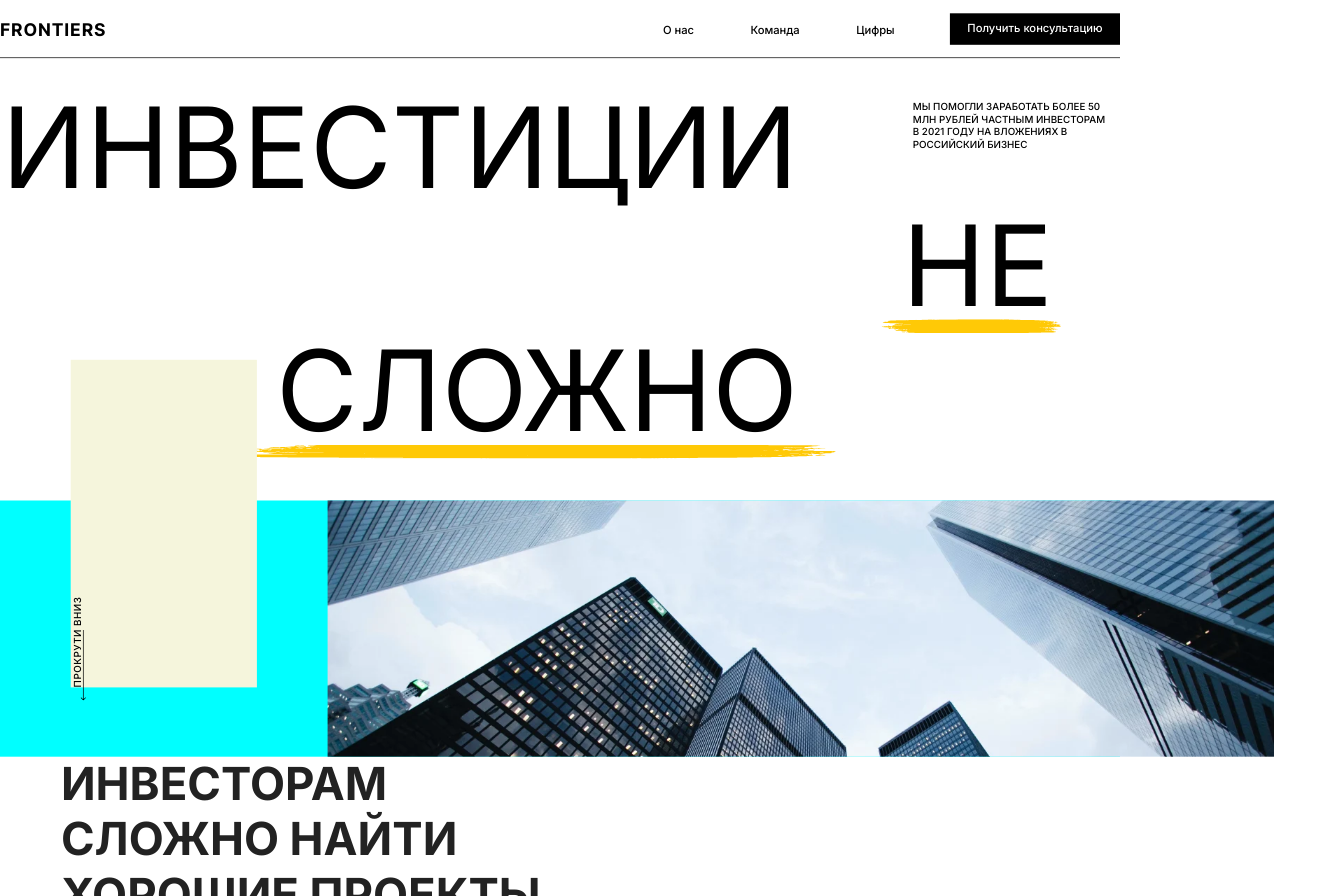
Repository: NadyaKorvin/frontiers
Page: /
The author's editor kept a copy of each file at every save. The page is drawn from the files as they stood at one save, then again after the next save.
The browser window is 1280 px wide. The page is 1920 px wide, so the pictures cover 1920 px, including what lies to the right of the window. The pictures show the part of the page from y = 0 to 1280 px (the page is 2633 px tall), at 70% of full size.
The project was rebuilt for these pictures with package versions that can differ from the ones it lists, and the page was loaded fresh each time.

Above is the page before, as saved 2022-05-26 18:42:17.

### public/index.html
<!DOCTYPE html>
<html lang="en">
  <head>
    <meta charset="utf-8" />
    <link rel="icon" href="%PUBLIC_URL%/favicon.ico" />
    <meta name="viewport" content="width=device-width, initial-scale=1" />
    <meta name="theme-color" content="#000000" />
    <meta name="description" content="Web site created using create-react-app" />
    <link rel="apple-touch-icon" href="%PUBLIC_URL%/logo192.png" />
    <link rel="manifest" href="%PUBLIC_URL%/manifest.json" />
    <link rel="preconnect" href="https://fonts.googleapis.com" />
    <link rel="preconnect" href="https://fonts.gstatic.com" crossorigin />
    <link href="https://fonts.googleapis.com/css2?family=Inter:wght@300;400;500;700&display=swap" rel="stylesheet" />
    <title>FRONTIERS</title>
  </head>
  <body>
    <noscript>You need to enable JavaScript to run this app.</noscript>
    <div id="root"></div>
  </body>
</html>

### src/index.js
import React from "react"
import ReactDOM from "react-dom/client"

import App from "./App"

const root = ReactDOM.createRoot(document.getElementById("root"))
root.render(
  <React.StrictMode>
    <App />
  </React.StrictMode>
)

### src/App.js
import { useState } from "react";
import "./App.css";
import { SecondScreenAnimation } from "./components/secondScreen/SecondScreenAnimation";
import FirstScreen from "./components/firstScreen/FirstScreen";
import LastScreen from "./components/lastScreen/LastScreen";

function App() {
  const [mousePosition, setMousePosition] = useState("");

  const listenUpperMousePosition = (event) => {
    console.log(event);
    console.log(event.target);
    setMousePosition(event.target);
  };

  return (
    <>
      <FirstScreen />
      <div className="App">
        <SecondScreenAnimation listenMousePosition={listenUpperMousePosition} />
      </div>
      <LastScreen />
    </>
  );
}
export default App;

### src/App.css
@import url("./reset.css");
@import url("./components/secondScreen/SecondScreen.css");
@import url("./font/font.css");
@import url("./components/firstScreen/FirstScreen.css");
@import url("./components/lastScreen/LastScreen.css");
@import url("./components/button/Button.css");
@import url("./components/form/Form.css");

body {
  font-family: "Inter";
}

### src/components/secondScreen/SecondScreenAnimation.js
export function SecondScreenAnimation({ listenMousePosition, mousePosition }) {
  let goUp = ""
  const goUpBlackLines = (mousePosition) => {
    if (mousePosition === "animation__text_first_part") {
      goUp = "up"
      return goUp
    }
  }
  goUpBlackLines(mousePosition)
  console.log(goUp)
  return (
    <div className="animation__text_block">
      {goUp != "up" ? (
        <div>
          <div className="animation__text" onMouseOver={listenMousePosition}>
            <p className="animation__text_first_part">Инвесторам сложно найти хорошие проекты,</p>
            <p className="animation__text_second_part">а хорошим проектам — инвестиции.</p>
          </div>
          <div className="animation__black_lines">
            <div className="animation__1th_black_line"></div>
            <div className="animation__2th_black_line"></div>
            <div className="animation__3th_black_line"></div>
          </div>
        </div>
      ) : (
        <div>
          <div className="animation__text" onMouseOver={listenMousePosition}>
            <p className="animation__text_first_part" style={{ color: "#fff" }}>
              Инвесторам сложно найти хорошие проекты,
            </p>
            <p className="animation__text_second_part" style={{ color: "#000" }}>
              а хорошим проектам — инвестиции.
            </p>
          </div>
          <div className="animation__black_lines">
            <div className="animation__1th_black_line" style={{ width: "484px", marginTop: "-475px" }}></div>
            <div className="animation__2th_black_line" style={{ width: "586px" }}></div>
            <div className="animation__3th_black_line" style={{ width: "722px" }}></div>
          </div>
        </div>
      )}
    </div>
  )
}

### src/components/firstScreen/FirstScreen.js
import React from "react";
import image from "./image.webp";

export default function firstScreen() {
  const pointer = (
    <svg
      width="8"
      height="101"
      viewBox="0 0 8 101"
      fill="none"
      xmlns="http://www.w3.org/2000/svg"
    >
      <path
        d="M4.35355 100.356C4.15829 100.551 3.84171 100.551 3.64645 100.356L0.464466 97.1735C0.269204 96.9783 0.269204 96.6617 0.464466 96.4664C0.659728 96.2712 0.976311 96.2712 1.17157 96.4664L4 99.2948L6.82843 96.4664C7.02369 96.2712 7.34027 96.2712 7.53553 96.4664C7.7308 96.6617 7.7308 96.9783 7.53553 97.1735L4.35355 100.356ZM3.5 100.002L3.5 0.00195312H4.5L4.5 100.002H3.5Z"
        fill="black"
      />
    </svg>
  );

  return (
    <>
      <section className="firstscreen">
        <header className="firstscreen__header">
          <div className="firstscreen__logotype">FRONTIERS</div>
          <div className="firstscreen__menu">
            <div className="firstscreen__nav">
              <nav className="firstscreen__nav_team">
                <ul>О нас</ul>
                <ul>Команда</ul>
                <ul>Цифры</ul>
              </nav>
            </div>
            <div className="firstscreen__button">
              <p className="firstscreen__text_btn">Получить консультацию</p>
            </div>
          </div>
        </header>
        <div className="firstscreen__content">
          <div className="firstscreen__content_left_text">
            <p>ИНВЕСТИЦИИ</p>
            <div>
              <p>СЛОЖНО</p>
              <div className="firstscreen__content_vector_complex" />
            </div>
          </div>
          <div className="firstscreen__content_rihgt_text">
            <div className="firstscreen__content_rihgt_text_up">
              <p>
                Мы помогли заработать более 50 млн рублей частным инвесторам в
                2021 году на вложениях в российский бизнес
              </p>
            </div>
            <div className="firstscreen__content_rihgt_text_down">
              <p>НЕ</p>
              <div className="firstscreen__content_vector_not" />
            </div>
          </div>
        </div>
        <div className="firstscreen__content_bottom_content">
          <div className="firstscreen__content_bottom_content_left">
            <div className="firstscreen__content_bottom_content_left_scrolldown">
              <p>ПРОКРУТИ ВНИЗ</p>
            </div>
            <div className="firstscreen__content_pointer">{pointer}</div>
          </div>
          <div className="firstscreen__content_bottom_content_right">
            <img src={image} alt="" className="firstscreen__img" />
          </div>
        </div>
      </section>
    </>
  );
}

### src/components/lastScreen/LastScreen.js
import React from "react";
import Form from "../form/Form"
import LogoKojo from "./LogoKojo"

export default function LastScreen() {
  return (
    <>
      <section className="lastscreen">
        <div className="lastscreen__wrapper">
          <div className="lastscreen__left_content">
            <p>
              ОТПРАВЬТЕ НАМ ЗАЯВКУ НА КОНСУЛЬТАЦИЮ И МЫ ПОДБЕРЕМ ДЛЯ ВАС
              НАИБОЛЕЕ ПОДХОДЯЩУЮ СТРАТЕГИЮ
            </p>
          </div>
          <div className="lastscreen__right_content">
            <div className="lastscreen__text_form">
              <p>ЗАПОЛНИТЕ ФОРМУ И МЫ С ВАМИ СВЯЖЕМСЯ В БЛИЖАЙШЕЕ ВРЕМЯ</p>
            </div>
            <Form />
          </div>
        </div>
        <footer className="lastscreen__footer">
          <div className="lastscreen__contact">
            <p>КОНТАКТЫ</p>
            <p>Санкт-Петербург, Невский пр-кт, 71 (5 этаж)</p>
            <p>+7 000 987 6543</p>
            <p><a href="mailto:info@frontiers.ru" >info@frontiers.ru</a></p>
          </div>
          <div className="lastscreen__design">
            <p>Дизайн и разработка</p>
            <LogoKojo />
          </div>
          <div className="lastscreen__frontiers">
            <p>FRONTIERS</p>
            <p>Политика конфиденциальности</p>
            <p>© 2022 Frontiers Group</p>
          </div>
        </footer>
      </section>
    </>
  );
}

### src/reset.css
html,
body,
div,
span,
applet,
object,
iframe,
h1,
h2,
h3,
h4,
h5,
h6,
p,
blockquote,
pre,
a,
abbr,
acronym,
address,
big,
cite,
code,
del,
dfn,
em,
img,
ins,
kbd,
q,
s,
samp,
small,
strike,
strong,
sub,
sup,
tt,
var,
b,
u,
i,
center,
dl,
dt,
dd,
ol,
ul,
li,
fieldset,
form,
label,
legend,
table,
caption,
tbody,
tfoot,
thead,
tr,
th,
td,
article,
aside,
canvas,
details,
embed,
figure,
figcaption,
footer,
header,
hgroup,
menu,
nav,
output,
ruby,
section,
summary,
time,
mark,
audio,
video {
  margin: 0;
  padding: 0;
  border: 0;
  font-size: 100%;
  font: inherit;
  vertical-align: baseline;
}

:focus {
  outline: 0;
}

article,
aside,
details,
figcaption,
figure,
footer,
header,
hgroup,
menu,
nav,
section {
  display: block;
}

body {
  line-height: 1;
}

ol,
ul {
  list-style: none;
}

blockquote,
q {
  quotes: none;
}

blockquote:before,
blockquote:after,
q:before,
q:after {
  content: "";
  content: none;
}

table {
  border-collapse: collapse;
  border-spacing: 0;
}

input[type="search"]::-webkit-search-cancel-button,
input[type="search"]::-webkit-search-decoration,
input[type="search"]::-webkit-search-results-button,
input[type="search"]::-webkit-search-results-decoration {
  -webkit-appearance: none;
  -moz-appearance: none;
}

input[type="search"] {
  -webkit-appearance: none;
  -moz-appearance: none;
  -webkit-box-sizing: content-box;
  -moz-box-sizing: content-box;
  box-sizing: content-box;
}

textarea {
  overflow: auto;
  vertical-align: top;
  resize: vertical;
}

[hidden] {
  display: none;
}

html {
  font-size: 100%; /* 1 */
  -webkit-text-size-adjust: 100%; /* 2 */
  -ms-text-size-adjust: 100%; /* 2 */
}

a:focus {
  outline: thin dotted;
}

a:active,
a:hover {
  outline: 0;
}

img {
  border: 0;
  -ms-interpolation-mode: bicubic;
}

figure {
  margin: 0;
}

form {
  margin: 0;
}

fieldset {
  border: 1px solid #c0c0c0;
  margin: 0 2px;
  padding: 0.35em 0.625em 0.75em;
}

legend {
  border: 0; /* 1 */
  padding: 0;
  white-space: normal; /* 2 */
  *margin-left: -7px; /* 3 */
}

button,
input,
select,
textarea {
  font-size: 100%; /* 1 */
  margin: 0; /* 2 */
  vertical-align: baseline; /* 3 */
  *vertical-align: middle; /* 3 */
}

button,
input {
  line-height: normal;
}

button,
select {
  text-transform: none;
}

button,
html input[type="button"], /* 1 */
input[type="reset"],
input[type="submit"] {
  -webkit-appearance: button; /* 2 */
  cursor: pointer; /* 3 */
  *overflow: visible; /* 4 */
}

button[disabled],
html input[disabled] {
  cursor: default;
}

input[type="checkbox"],
input[type="radio"] {
  box-sizing: border-box; /* 1 */
  padding: 0; /* 2 */
  *height: 13px; /* 3 */
  *width: 13px; /* 3 */
}

input[type="search"] {
  -webkit-appearance: textfield; /* 1 */
  -moz-box-sizing: content-box;
  -webkit-box-sizing: content-box; /* 2 */
  box-sizing: content-box;
}

input[type="search"]::-webkit-search-cancel-button,
input[type="search"]::-webkit-search-decoration {
  -webkit-appearance: none;
}

button::-moz-focus-inner,
input::-moz-focus-inner {
  border: 0;
  padding: 0;
}

textarea {
  overflow: auto; /* 1 */
  vertical-align: top; /* 2 */
}

table {
  border-collapse: collapse;
  border-spacing: 0;
}

html,
button,
input,
select,
textarea {
  color: #222;
}

::-moz-selection {
  background: #b3d4fc;
  text-shadow: none;
}

::selection {
  background: #b3d4fc;
  text-shadow: none;
}

img {
  vertical-align: middle;
}

fieldset {
  border: 0;
  margin: 0;
  padding: 0;
}

textarea {
  resize: vertical;
}

.chromeframe {
  margin: 0.2em 0;
  background: #ccc;
  color: #000;
  padding: 0.2em 0;
}

### src/components/secondScreen/SecondScreen.css
.second__screen {
  display: flex;
  justify-content: space-between;
  margin: 0 auto;
  margin-top: 174px;
  /* придкмать решение сделать по центру*/
  display: flex;
  width: 1600px;
  height: 733px;
}

.animation__text_block {
  display: block;
  margin-left: 87px;
}

.animation__text_first_part,
.animation__text_second_part {
  width: 770px;
  text-transform: uppercase;
  font-size: 65px;
  font-weight: 700;
  line-height: 79px;
  transition: 0.6s ease-out;
}

.animation__text_second_part {
  color: #fff;
}

.animation__black_lines {
  margin-left: -10px;
  margin-top: -236px;
}

.animation__1th_black_line {
  margin-bottom: 5px;
  height: 75px;
  width: 444px;
  background-color: #000;
  transition: 0.6s ease-out;
}

.animation__2th_black_line {
  margin-bottom: 5px;
  height: 75px;
  width: 475px;
  background-color: #000;
  transition: 0.6s ease-out;
}
.animation__3th_black_line {
  height: 75px;
  width: 502px;
  background-color: #000;
  transition: 0.6s ease-out;
}

.right__part {
  display: flex;
  margin-left: 190px;
  flex-direction: column;
}

.conversation__image {
  margin-right: 222px;
  display: block;
  width: 400px;
  height: 400px;
  background: url("../secondScreen/people.png");
}

.decoration_marks {
  margin-top: -110px;
  transform: rotate(-180deg);
  font-size: 200px;
  font-weight: 300;
}

.text_paragraph {
  margin-left: 90px;
  width: 431px;
  font-size: 18px;
  font-weight: 400;
  line-height: 23px;
  text-transform: uppercase;
  line-height: 130%;
}

### src/font/font.css
@font-face {
  font-family: "Inter";
  src:
    url("./Inter-Bold.ttf") format("truetype")
    url("./Inter-Bold.woff2") format("woff2"),
    url("./Inter-Bold.woff") format("woff");
  font-weight: 700;
  font-style: normal;
  font-stretch: normal;
  unicode-range: U+0020-E0D0;
}

@font-face {
  font-family: "Inter";
  src:
    url("./Inter-Regular.woff2") format("woff2"),
    url("./Inter-Regular.ttf") format("truetype")
    url("./Inter-Regular.woff") format("woff");
  font-weight: 400;
  font-style: normal;
  font-stretch: normal;
  unicode-range: U+0020-E0D0;
}

@font-face {
    font-family:'Inter Medium';
    src:
        url("./Inter-Medium.ttf") format("truetype")
        url('Inter-Medium.woff2') format('woff2'),
		url('Inter-Medium.woff') format('woff');
    font-weight: 500;
    font-style: normal;
    font-stretch: normal;
    unicode-range: U+0020-E0D0;
}

@font-face {
    font-family:'Inter Light';
    src:
        url("./Inter-Light.ttf") format("truetype")
        url('Inter-Light.woff2') format('woff2'),
		url('Inter-Light.woff') format('woff');
    font-weight: 300;
    font-style: normal;
    font-stretch: normal;
    unicode-range: U+0020-E0D0;
}

### src/components/firstScreen/FirstScreen.css
.firstscreen {
  height: 1080px;
}

.firstscreen__header {
  width: 1600px;
  height: 82px;
  margin: 0 auto;
  border-bottom: 1px solid #000000;
  display: flex;
  justify-content: space-between;
}

.firstscreen__logotype {
  width: 151px;
  height: 30px;
  padding-top: 27px;
  font-family: "Inter";
  font-style: normal;
  font-weight: 700;
  font-size: 25px;
  line-height: 30px;
  letter-spacing: 0.05em;
  color: #000000;
}

.firstscreen__menu {
  width: 653px;
  display: flex;
  justify-content: space-between;
}

.firstscreen__nav {
  margin-top: 33px;
  width: 331px;
}

.firstscreen__nav_team {
  display: flex;
  justify-content: space-between;
  font-family: "Inter";
  font-style: normal;
  font-weight: 500;
  font-size: 16px;
  line-height: 19px;
  color: #000000;
}

.firstscreen__button {
  margin-top: 19px;
  width: 243px;
  height: 45px;
  background: #000000;
}

.firstscreen__text_btn {
  padding-top: 12px;
  padding-bottom: 12px;
  font-family: "Inter";
  font-style: normal;
  font-weight: 500;
  font-size: 16px;
  line-height: 19px;
  text-align: center;
  color: #ffffff;
}

.firstscreen__content {
  margin: 0 auto;
  width: 1600px;
  margin-top: 30px;
  display: flex;
}

.firstscreen__content_left_text {
  width: 1140px;
  height: 542px;
  display: flex;
  flex-direction: column;
  justify-content: space-between;
  text-align: end;
  font-family: "Inter";
  font-style: normal;
  font-weight: 400;
  font-size: 160px;
  line-height: 194px;
  text-transform: uppercase;
  color: #000000;
}

.firstscreen__content_vector_complex {
  margin-top: -20px;
  margin-left: 320px;
  width: 874px;
  height: 20px;
  background: url("./complex.svg");
}

.firstscreen__content_rihgt_text {
  margin-top: 30px;
  margin-left: 164px;
  width: 279px;
  height: 332px;
}

.firstscreen__content_rihgt_text_up {
  font-family: "Inter";
  font-style: normal;
  font-weight: 500;
  font-size: 14px;
  line-height: 130%;
  text-transform: uppercase;
  color: #000000;
}

.firstscreen__content_rihgt_text_down {
  margin-top: 66px;
  margin-left: -15px;
  width: 215px;
  height: 194px;
  font-family: "Inter";
  font-style: normal;
  font-weight: 400;
  font-size: 160px;
  line-height: 194px;
  text-transform: uppercase;
  color: #000000;
}

.firstscreen__content_vector_not {
  margin-top: -20px;
  margin-left: -30px;
  width: 256px;
  height: 20px;
  background: url(./not.svg);
}

.firstscreen__content_bottom_content {
  margin: 0 auto;
  margin-top: 60px;
  width: 1600px;
  display: flex;
  justify-content: space-between;
  background-color: aqua;
}

.firstscreen__content_bottom_content_left {
  margin-top: -100px;
  min-width: 468px;
  height: 266px;
  display: flex;
  transform: rotate(-90deg);
  background-color: beige;
}

.firstscreen__content_bottom_content_left_scrolldown {
  font-family: "Inter";
  font-style: normal;
  font-weight: 500;
  font-size: 14px;
  line-height: 17px;
  letter-spacing: 0.05em;
  color: #000000;
}

.firstscreen__content_pointer {
  margin-top: -230px;
  margin-left: -300px;
  transform: rotate(90deg);
}

.firstscreen__content_bottom_content_right {
  padding-right: -160px;
}

.firstscreen__img {
}

### src/components/lastScreen/LastScreen.css
.lastscreen {
  width: 1920px;
  height: 1080px;
}

.lastscreen__wrapper {
  position: relative;
  top: 109px;
  left: 170px;
  display: flex;
  justify-content: space-between;
  width: 1590px;
  height: 553px;
}

.lastscreen__left_content {
  position: relative;
  width: 775px;
  height: 553px;
  box-sizing: border-box;
  font-family: "Inter";
  font-style: normal;
  font-weight: 700;
  font-size: 65px;
  line-height: 79px;
  text-transform: uppercase;
  color: #000000;
}

.lastscreen__right_content {
  position: relative;
  width: 529px;
  height: 553px;
}

.lastscreen__text_form {
  width: 529px;
  height: 46px;
  left: 1231px;
  top: 4438px;
  font-family: "Inter";
  font-style: normal;
  font-weight: 400;
  font-size: 18px;
  line-height: 130%;
  text-transform: uppercase;
  color: #000000;
}

.lastscreen__footer {
  position: relative;
  margin: 308px 160px 0;
  width: 1600px;
  border-top: 1px solid #000000;
  bottom: 0px;
  display: flex;
  justify-content: space-between;
}

.lastscreen__contact {
  width: 357px;
}

.lastscreen__contact > p:nth-child(1) {
  padding: 33px 0 20px;
  font-family: "Inter";
  font-style: normal;
  font-weight: 700;
  font-size: 25px;
  line-height: 30px;
  color: #000000;
}

.contact > p:nth-child(2),
.contact > p:nth-child(3),
.contact > p:nth-child(4) {
  padding-bottom: 15px;
}

.design {
  padding-top: 150px;
  width: 260px;
  display: flex;
  margin-left: -80px;
  justify-content: space-between;
}

.frontiers {
  width: 250px;
  text-align: end;
}

.lastscreen__frontiers > p:nth-child(1) {
    padding: 30px 0 57px;
    font-family: "Inter";
    font-style: normal;
    font-weight: 700;
    font-size: 25px;
    line-height: 30px;
    color: #000000;
  }

.lastscreen__frontiers > p:nth-child(2),
.lastscreen__frontiers > p:nth-child(3) {
    padding-bottom: 15px;
}

a {
    text-decoration: none;
    color: #000000;
}

### src/components/button/Button.css
.form__button {
  position: relative;
  display: block;
  width: 243px;
  height: 55px;
  font-family: "Inter";
  font-size: 16px;
  background-color: #000000;
  border: 0;
  text-align: center;
  cursor: pointer;
  font-family: "Inter";
  font-style: normal;
  font-weight: 500;
  font-size: 16px;
  line-height: 19px;
  color: #ffffff;
}

### src/components/form/Form.css
.form {
  margin-top: 60px;
  width: 529px;
  height: 355px;
  border-top: 1px solid #d1d1d1;
}

.form__input,
.form__textarea {
  width: 529px;
  height: 80px;
  border: 0;
  outline: none;
  font-size: 18px;
  color: #000000;
  text-transform: uppercase;
}

.form__textarea {
  height: 80px;
  line-height: 80px;
  overflow: hidden;
  /* resize: none; */
}

.form__borders {
  border-bottom: 1px solid #d1d1d1;
}

.form__consent {
  display: -webkit-box;
  display: -ms-flexbox;
  display: flex;
  margin: 30px 0 0;
}

.form__policy_text {
  margin-top: 15px;
  margin-left: 15px;
  width: 250px;
  height: 40px;
  box-sizing: border-box;
  font-family: "Inter";
  font-style: normal;
  font-weight: 400;
  font-size: 13px;
  line-height: 150%;
  color: #787878;
}

.form__checkbox {
  opacity: 0;
  width: 0;
}

.form__checkfake {
  margin: 15px 0;
  display: block;
  width: 15px;
  height: 15px;
  border: 1px solid #1f1f1f;
  cursor: pointer;
}

.form__checkfake::before {
  content: "";
  position: absolute;
  display: block;
  width: 14px;
  height: 14px;
  background: url("./checkmark.svg");
  opacity: 0;
}

.form__checkbox:checked + .form__checkfake::before {
  opacity: 1;
}

.form__focus {
  text-transform: uppercase;
  color: #ff0000;
  margin-bottom: 10px;
  font-size: 13px;
}

.form__focus_consent {
  position: relative;
  top: 10px;
  text-transform: uppercase;
  color: #ff0000;
  font-size: 13px;
}

.form__btn {
    margin-top: 14px;
  position: relative;
  overflow: hidden;
}

### src/components/button/Button.js
import React from "react";

export default function Button({ title }) {
  return (
    <>
      <button className="form__button" >
        {title}
      </button>
    </>
  );
}

Loaded but not shown: src/components/lastScreen/LogoKojo.js (76 lines, source omitted); src/components/form/Form.js (142 lines, source omitted)

After the next save:
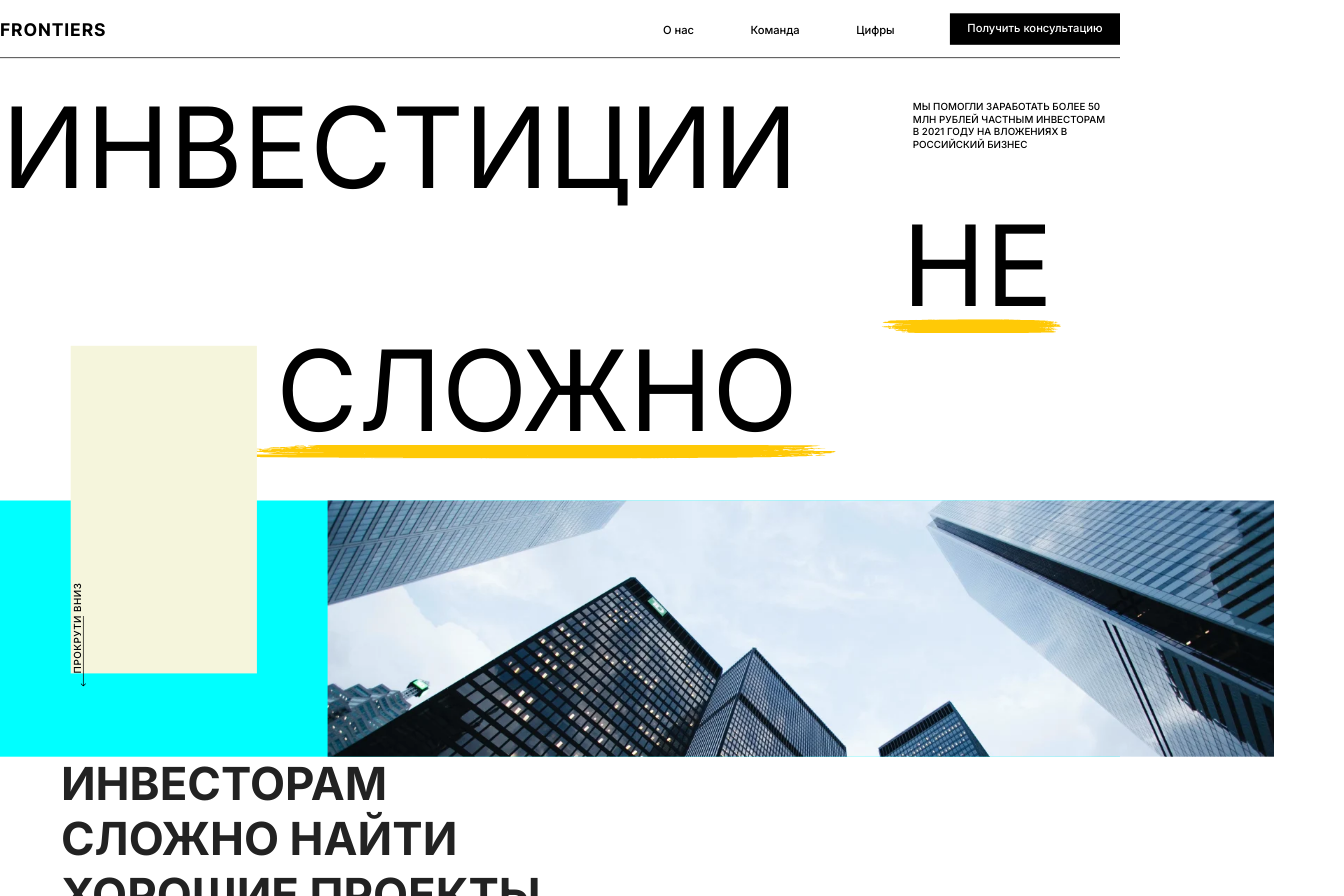
Saved 14 s later.
--- a/src/components/firstScreen/FirstScreen.css
+++ b/src/components/firstScreen/FirstScreen.css
@@ -145,7 +145,7 @@
 }
 
 .firstscreen__content_bottom_content_left {
-  margin-top: -100px;
+  margin-top: -120px;
   min-width: 468px;
   height: 266px;
   display: flex;
